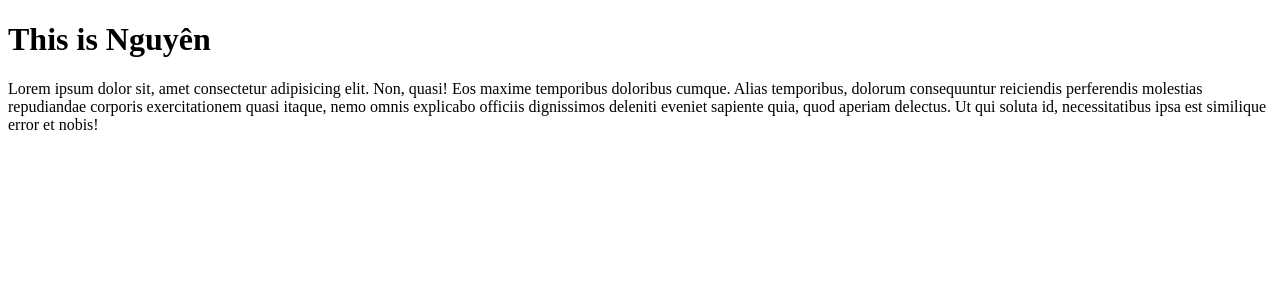
Repository: KhoiNguyen77/JS-C-Ba-n
Page: index.html
An editor plug-in stored every save of this project. The page is shown before and after the next save, followed by the edit.
The browser window is 1280 px wide. The pictures show the whole page.

Above is the page before, as saved 2023-03-28 09:23:55.

### index.html
<!DOCTYPE html>
<html lang="en">
  <head>
    <meta charset="UTF-8" />
    <meta http-equiv="X-UA-Compatible" content="IE=edge" />
    <meta name="viewport" content="width=device-width, initial-scale=1.0" />
    <title>Document</title>
  </head>
  <body>
    <h1>This is Nguyên</h1>
    <div class="container">
      Lorem ipsum dolor sit, amet consectetur adipisicing elit. Non, quasi! Eos
      maxime temporibus doloribus cumque. Alias temporibus, dolorum consequuntur
      reiciendis perferendis molestias repudiandae corporis exercitationem quasi
      itaque, nemo omnis explicabo officiis dignissimos deleniti eveniet
      sapiente quia, quod aperiam delectus. Ut qui soluta id, necessitatibus
      ipsa est similique error et nobis!
    </div>
    <div id="spinner"></div>
    <script src="./index.js"></script>
  </body>
</html>

### index.js
// Function

compare = (a = 0, b = 0) => {
  if (typeof a !== "number" || typeof b !== "number") return 0;
  return Math.max(a, b);
};
console.log(compare(5, 10));

upperCase = (a = "") => {
  if (typeof a !== "string") {
    return console.log("Vui lòng nhập vào chữ");
  }
  let newWord = a.toLowerCase().charAt(0).toUpperCase();
  return newWord + a.toLowerCase().slice(1);
};
console.log(upperCase("nguyen"));

compare2 = (a, b, callback) => {
  let max = compare(a, b);
  callback(max);
};
inMax = (num) => {
  console.log(num);
};
console.log(compare2(500, 1000, inMax));
//  Date
// B1: viết chương trình nhập vào ngày tháng năm sinh và in ra
function getAge(year) {
  if (typeof year !== "number") {
    console.log("Vui lòng nhập đúng năm");
  }
  const thisYear = new Date().getFullYear();
  return thisYear - year;
}
const age2 = getAge(2000);
console.log(`Tuổi của bạn là ${age2} `);
// Bài 2:
// function countDown(minute = 0) {
//   let second = minute * 60;
//   let count = 0;
//   const countUp = setInterval(() => {
//     count += 1;
//     console.log(count);
//     if (count === second) {
//       alert("bạn đã hết giờ làm bài");
//       clearInterval(countUp);
//     }
//   }, 1000);
// }
// countDown(0.2);
// Bài 3:
function timeSince(time) {
  const now = new Date();
  const since = new Date(time);
  const truTime = Math.floor((now.getTime() - since.getTime()) / 1000);
  let quyDoiTime = truTime / 32140800;
  if (quyDoiTime > 1) {
    console.log(`${Math.floor(quyDoiTime)} năm trước`);
  }
  quyDoiTime = truTime / 2678400;
  if (quyDoiTime > 1 && truTime <= 32140800) {
    console.log(`${Math.floor(quyDoiTime)} tháng trước`);
  }
  quyDoiTime = truTime / 604800;
  if (quyDoiTime > 1 && truTime <= 2678400) {
    console.log(`${Math.floor(quyDoiTime)} tuần trước`);
  }
  quyDoiTime = truTime / 86400;
  if (quyDoiTime > 1 && truTime < 604800) {
    console.log(`${Math.floor(quyDoiTime)} ngày trước`);
  }
  quyDoiTime = truTime / 3600;
  if (quyDoiTime > 1 && truTime <= 86400) {
    console.log(`${Math.floor(quyDoiTime)} giờ trước`);
  }
  quyDoiTime = truTime / 60;
  if (quyDoiTime > 1 && truTime < 3600) {
    console.log(`${Math.floor(quyDoiTime)} phút trước`);
  }
}
// 1 năm: 32140800
// 1 tháng:2678400
// 1 tuần:604800
// 1 ngày:86400
// 1 giờ : 3600
// 1 phút: 60
timeSince("Thu Mar 23 2023 14:47:43 GMT+0700");
//
const array = [1, 2, 3, 4, 5, 6, 7, 8];
a = array.find((x) => x > 3);
b = array.findIndex((x) => x > 3);
console.log(a);
console.log(b);
const list = [4, 5, 6, 7, 8, 9, 1, 3, 5, 6];
console.log(list.map((x) => x * 2));
const listTripple = [];

const number = [1, 2, 3, 4, 5, 6, 7, 8];
const test = number.filter((x) => x > 2);
console.log(test);
// Đảo ngược một chuỗi
// VD : "My name is evondev" => VD: "evondev is name My"
function reverseString(str) {
  if (!str) return null;
  console.log(str.split(" ").reverse().join(" "));
}

reverseString("My name is evondev");
// Đảo ngược một chuỗi bao gồm các kí tự.
//  VD: "i love" => evol i

function reverse(str) {
  if (!str) return null;
  console.log(str.split("").reverse().join(""));
}
reverse("i love");
capitalizeWord = (item) => {
  let upper = item.charAt(0).toUpperCase();
  let lower = item.slice(1).toLowerCase();
  return `${upper}${lower}`;
};
// Capitalize 1 chuỗi: VD "my name is evondev" => "My Name Is Evondev"
capitalizeStr = (str) => {
  let layChuoi = str.split(" ");
  let inHoaStr = layChuoi.map((item) => capitalizeWord(item));
  return console.log(inHoaStr.join(" "));
};

let strMau = "my name is evondev";
capitalizeStr(strMau);
// let layStr = strMau.split(" ");
// console.log(layStr);
// let example = layStr.map(
//   item => {
//     let newWord  = item.charAt(0).toUpperCase();
//     let secondWord = item.slice(1).toLowerCase();
//     return `${newWord}${secondWord}`;
//   }
// );
// let kq = example.join(" ")
// console.log(example);
// console.log(kq);

//  Bài tập cơ bản về vòng lặp for
// sao chép 1 mảng bằng vòng lặp for
let numbers = [1, 2, 3, 4, 5, 6, 7, 8, 9, 10];
let kq = [];
for (let i = 0; i < numbers.length; i++) {
  kq.push(numbers[i]);
}
let string1 = "i love";
ketquaString = "";

for (i = string1.length - 1; i >= 0; i--) {
  ketquaString += string1[i];
  console.log(ketquaString);
}

//  Bài tập chương 6 số 1 và 2
let arrayB1 = [
  1,
  1000,
  false,
  null,
  "evondev",
  "",
  undefined,
  "javascript",
  [1, 2, 3],
];
// ketquaB1 = arrayB1.map((item) => {
// //   if (item) {
// //     ketquaB1.push(item);
// //   }
// // });

// // console.log(ketquaB1);
let filterArray = arrayB1.filter((item) => Boolean(item));
console.log(filterArray);

let arrayB2 = [
  [1, 2, 3, [false, null]],
  [1, 5, 6, ["javascript"]],
  [888, 666, [90]],
];
//
const result = arrayB2.flat(2).filter((item) => Boolean(item));
console.log(result);
// Bài 3: Đào ngược số nguyên. Ví dụ 1234 ==> 4321

reverseNumber = (num) => {
  let numToStr =
    parseInt(num.toString().split("").reverse().join("")) * Math.sign(num);
  console.log(numToStr);
};
reverseNumber(-12345);

fizzBuzz = (num) => {
  for (let i = 1; i < num; i++) {
    if (i % 2 === 0) {
      console.log("Fizz");
    } else if (i % 3 === 0) {
      console.log("Buzz");
    } else if (i % 2 === 0 && i % 3 === 0) {
      console.log("FizzBuzz");
    }
  }
};
fizzBuzz(4);

// Bài 4:

checkStr = (str) => {
  let character = "aoeui";
  let count = 0;
  for (let c of str) {
    if (character.includes(c)) count += 1;
  }
  console.log(count);
};
checkStr("evondev");

// Bài 5
let arraySo = [1, 2, 3, 1, 1, 1, 2, 2, 2, 5, 5, 5, 7, 7, 6]; // kết quả trả về là [1,2,3,4,5,6,7]

uniqueSo = (arrSo) => {
  let uniqueArray = [];
  for (let i = 0; i < arrSo.length; i++) {
    if (!uniqueArray.includes(arrSo[i])) uniqueArray.push(arrSo[i]);
  }
  console.log(uniqueArray);
};
uniqueSo(arraySo);

//  Bài 7: Viết 1 function xử lý từ 1 mảng lớn thành nhiều mảng con dựa vào một số nguyên đầu vào. Ví dụ
// ([1,2,3,4,5],2) => [[1,2],[3,4],[5,6]]
let mang = [1, 2, 3, 4, 5, 6];

phanMang = (arr, num) => {
  let result = [];
  let index = 0;
  while (index < arr.length) {
    result.push(arr.slice(index, num + index));
    index = index + num;
    console.log(result);
  }
};

phanMang(mang, 4);

let user = {
  firstName: "Nguyên",
};
let user2 = Object.assign(user);

//  TH1: This ở đây sẽ đề cập tới object, key gần nhất
let student2 = {
  name: "evondev",
  schol: "Cao Thang",
  age: 27,
  male: true,
  "last-name": "tuan",
  hi: function () {
    console.log(`my name is ${this.name} and I'm ${this.age} years old`);
  },
  fullName: {
    name: "Tran Anh Tuan",
  },
};
student2.hi();
// Optional chaining
console.log(student2.fullName); //trả về undefined nếu như key không tồn tại
// console.log(student2.fullName.name); //trả về Cannot read properties of undefined (reading 'name')
if (student2.fullName) {
  if (student2.fullName.name) {
    console.log(student2.fullName.name);
  }
}

// student2.fullName?.name ==> Nếu có key là full name thì mới chạy qua .name
console.log(student2.fullName?.name);

// Destructuring object
//  const {name, age, male} = student2;

let { name, age, male, ...rest } = student2;
console.log(name, age, male, rest);

let objNew = {
  name: "evondev",
  school: "Cao Thang",
  age: 27,
};
function whatYourInfo2({ name, age, school }) {
  console.log(name, age, school);
}

whatYourInfo2(objNew);
function whatYourInfo(obj) {
  console.log((obj.name, obj.age, obj.school));
}

// BT Object
//  Viết 1 function kiểm tra value có phải là object hay không
//  {} [] null ==> đều là type object

isObject = (value) => {
  if (typeof value === "object" && !Array.isArray(value) && value !== null) {
    return true;
  }
  return false;
};
console.log(isObject(null));

// BT 2: {a: 1, b:2} => [["a":1], ["b":2]]

objectToArray = (obj) => {
  if (!isObject(obj)) return;
  let result = Object.entries(obj);
  console.log(result);
};
objectToArray({
  a: 1,
  b: 2,
  c: 3,
});

// BT 3: Viết phương thức without. VD {{a: 1, b:2}, b} => {a:1}

without = (obj, ...key) => {
  let copyObj = { ...obj };
  key.forEach((item) => delete copyObj[item]);
  let result = copyObj;
  console.log(result);
};
without(
  {
    a: 1,
    b: 2,
    c: 3,
  },
  "b"
);

// BT 4: Viết 1 function để kiểm tra 2 object truyền vào có bằng nhau không

isEqualOBject = (obj1, obj2) => {
  let objKey1 = Object.keys(obj1);
  let objKey2 = Object.keys(obj2);
  if (objKey1.length !== objKey2.length) return false;   //check length của mảng
  let result = objKey1.every((key) => obj1[key] === obj2[key]); ///duyệt value qua từng key
  console.log(result);
  return result;
};

isEqualOBject(
  {
    a: 1,
    b: 2,
  },
  { a: 1, b: 2 }
);

// Node selector:
const singleNode = document.querySelector("h1");
const singleNode2 = document.querySelector(".container");
const singleNode3 = document.querySelector("#spinner");
console.log(singleNode);
console.log(singleNode3);
console.log(singleNode2);

After the next save:
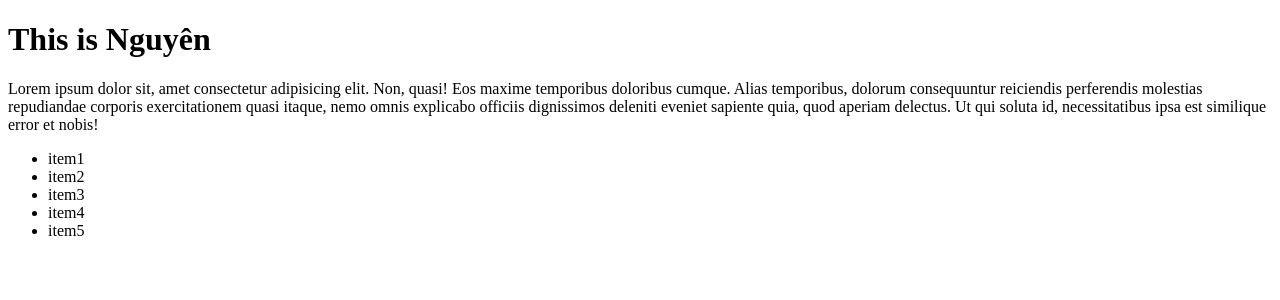
Saved 5 min 8 s later.
--- a/index.html
+++ b/index.html
@@ -17,6 +17,13 @@
       ipsa est similique error et nobis!
     </div>
     <div id="spinner"></div>
+    <ul>
+      <li class="item">item1</li>
+      <li class="item">item2</li>
+      <li class="item">item3</li>
+      <li class="item">item4</li>
+      <li class="item">item5</li>
+    </ul>
     <script src="./index.js"></script>
   </body>
 </html>
